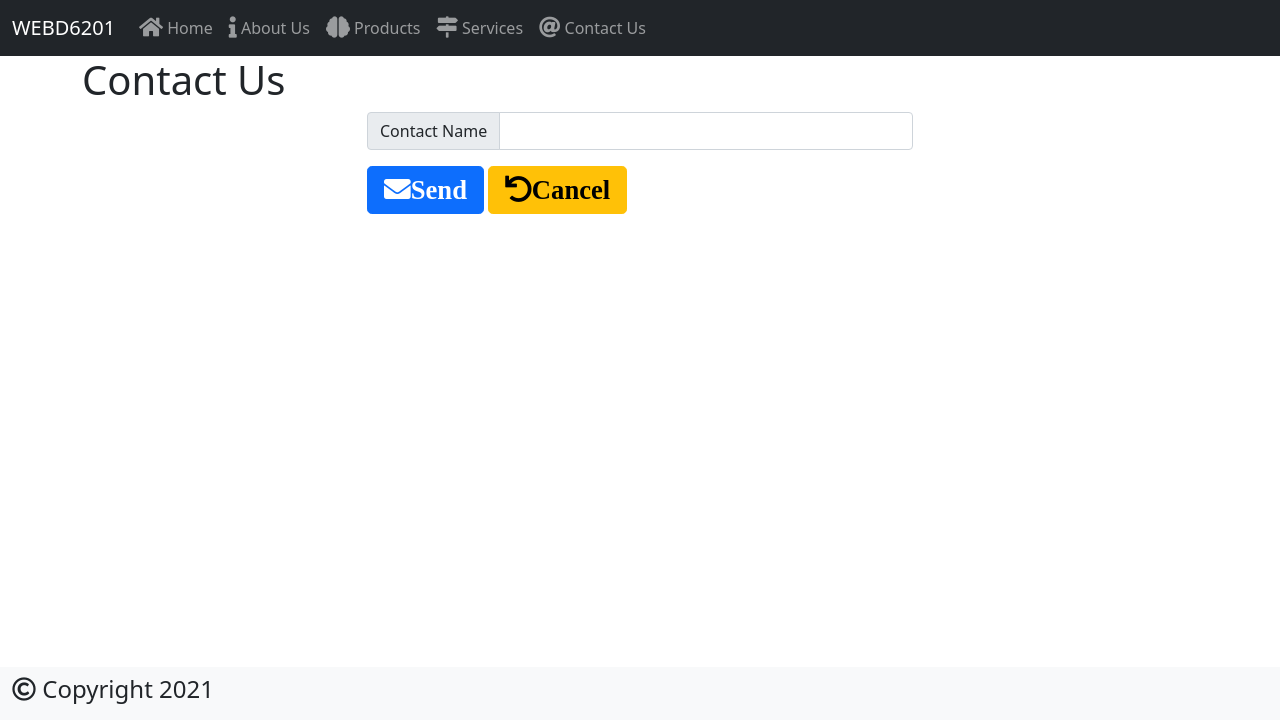
Repository: GarlicButterBoy/WEBD6201-Week1
Page: contact.html
The author's editor kept a copy of each file at every save. The page is drawn from the files as they stood at one save, then again after the next save.
The browser window is 1280 px wide. The pictures show the whole page.

Above is the page before, as saved 2021-01-21 09:31:48.
Console error: TypeError: Cannot read properties of null (reading 'addEventListener')

After the next save:
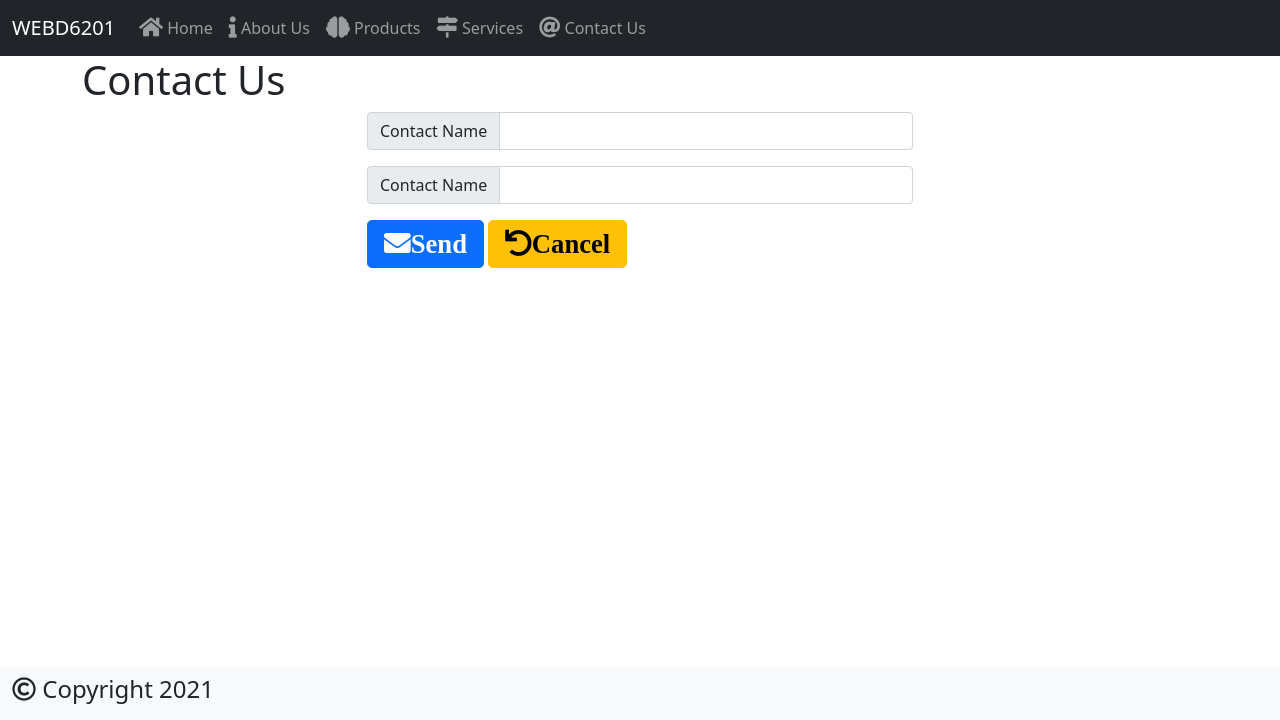
Saved 16 s later.
--- a/contact.html
+++ b/contact.html
@@ -67,6 +67,11 @@
             <input id="fullName" type="text" class="form-control" aria-label="Full Name" aria-describedby="Full Name Input" name="fullName" required>
           </div>
 
+          <div class="input-group mb-3">
+            <span class="input-group-text" id="inputGroup-sizing-default">Contact Name</span>
+            <input id="fullName" type="text" class="form-control" aria-label="Full Name" aria-describedby="Full Name Input" name="fullName" required>
+          </div>
+
           <button type="submit" class="btn btn-primary btn-lg"><i class="fas fa-envelope fa-lg">Send</i></button>
           <button class="btn btn-warning btn-lg" id="cancelMeButton"><i class="fas fa-undo fa-lg">Cancel</i></button>
         </form>
